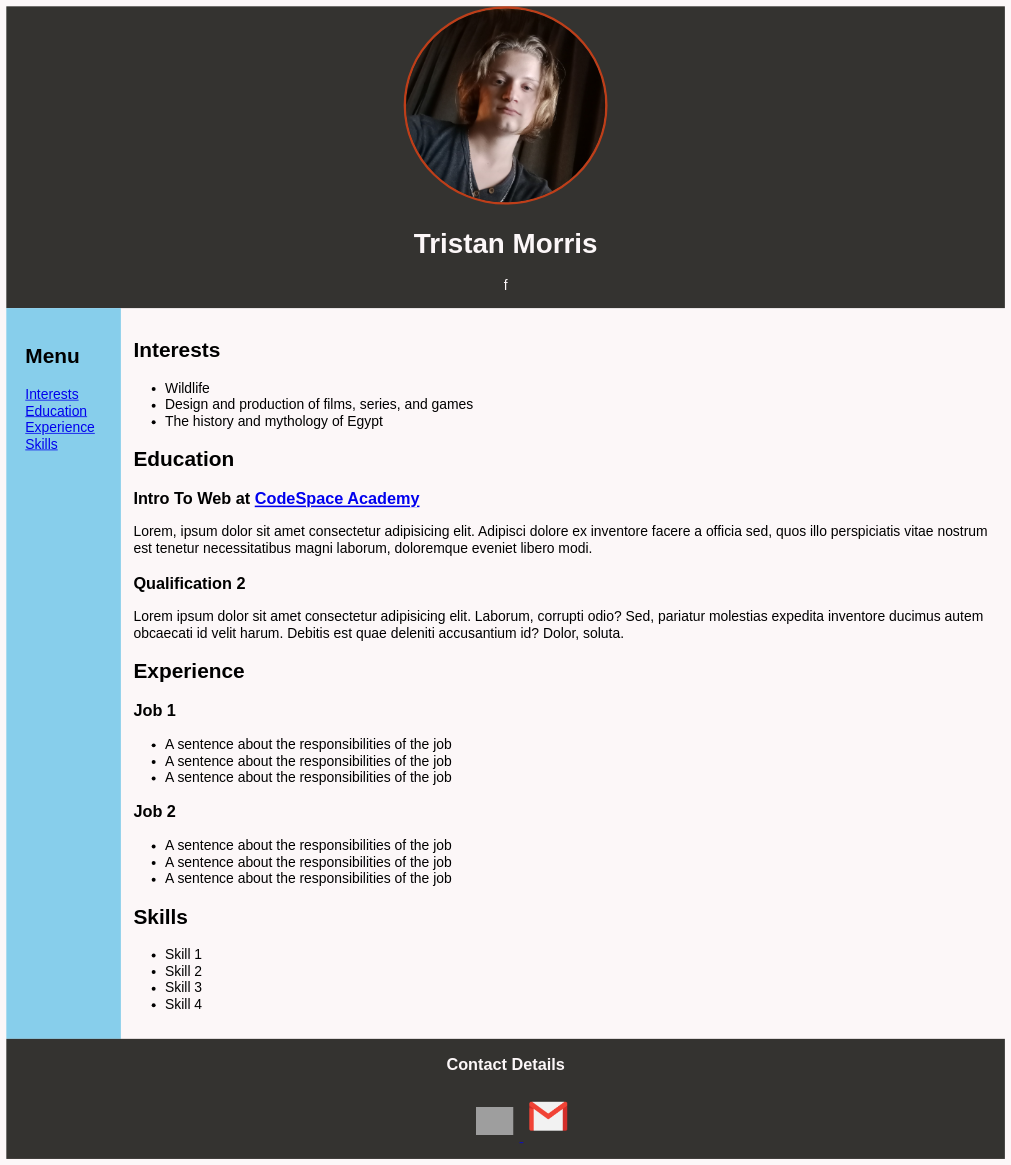
Repository: TristanKMorris/introToWebDesignAssignment
Page: resume.html
An editor plug-in stored every save of this project. The page is shown before and after the next save, followed by the edit.
The browser window is 1280 px wide. The pictures show the whole page, at 79% of full size.
Pictures or frames that could not be fetched are drawn as grey boxes.

Above is the page before, as saved 2022-06-02 22:10:00.

After the next save:
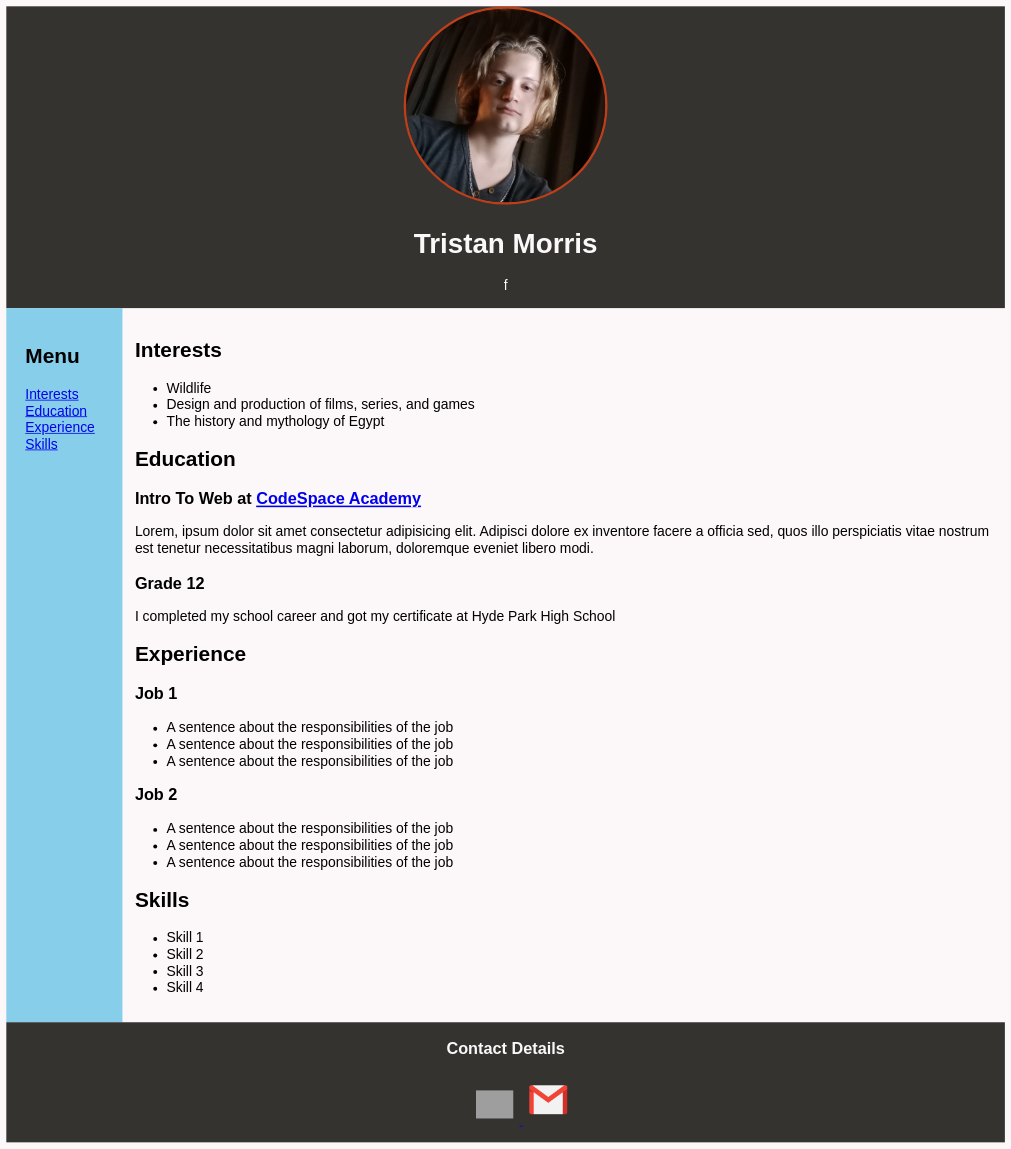
Saved 91 s later.
--- a/resume.html
+++ b/resume.html
@@ -59,12 +59,10 @@
                est tenetur necessitatibus magni laborum, doloremque eveniet libero modi.
              </p>
 
-            <h3>Qualification 2</h3>
+            <h3>Grade 12</h3>
 
              <p>
-                Lorem ipsum dolor sit amet consectetur adipisicing elit. Laborum, corrupti
-                odio? Sed, pariatur molestias expedita inventore ducimus autem obcaecati
-                id velit harum. Debitis est quae deleniti accusantium id? Dolor, soluta.
+                I completed my school career and got my certificate at Hyde Park High School
               </p>
 
           <h2 id="experience">Experience</h2>
